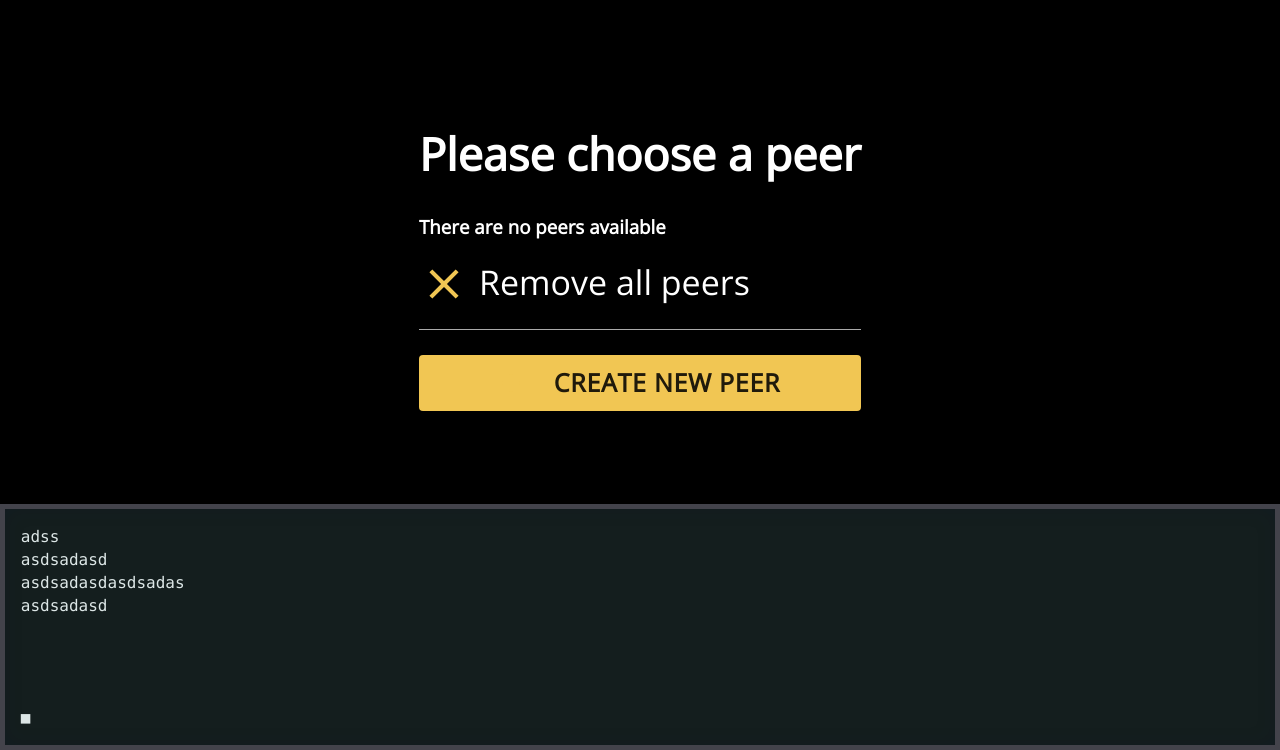
Repository: Bachdz/ASAP-Gui-Frontend
Page: /login
These files come from the project's save history. The page is drawn as it stood at one moment and after the next save; the edit follows.
The browser window is 1280 px wide. The pictures show the whole page.
The page's requests for data from a server got no answer. The project was rebuilt for these pictures with package versions that can differ from the ones it lists, and the page was loaded fresh each time. No one was signed in, and anything a server would have sent is missing. Also part of the build but not shown: src/css/loginscreen/Peer.css, src/components/fragments/Footer.js, src/components/mainscreen/subcomponents/Apps.js, src/css/mainscreen/Main.css, src/components/mainscreen/Main.js.

Above is the page before, as saved 2020-12-16 20:38:42.

After the next save:
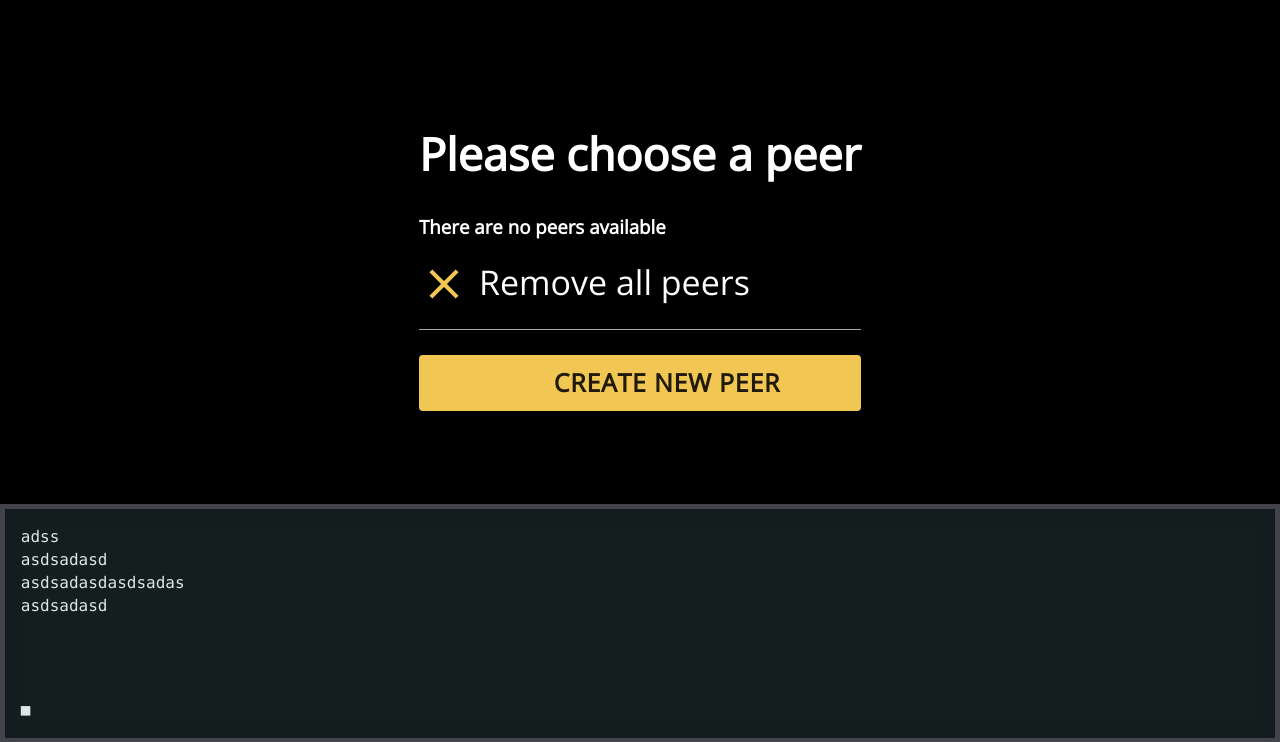
Saved 9 s later.
--- a/src/css/Terminal.css
+++ b/src/css/Terminal.css
@@ -68,7 +68,7 @@
   }
 }
 .i-has-teh-code {
-  height: 25vh;
+  height: 24vh;
   white-space: pre-wrap;
   background: #141e1e;
   color: #dce6e6;
